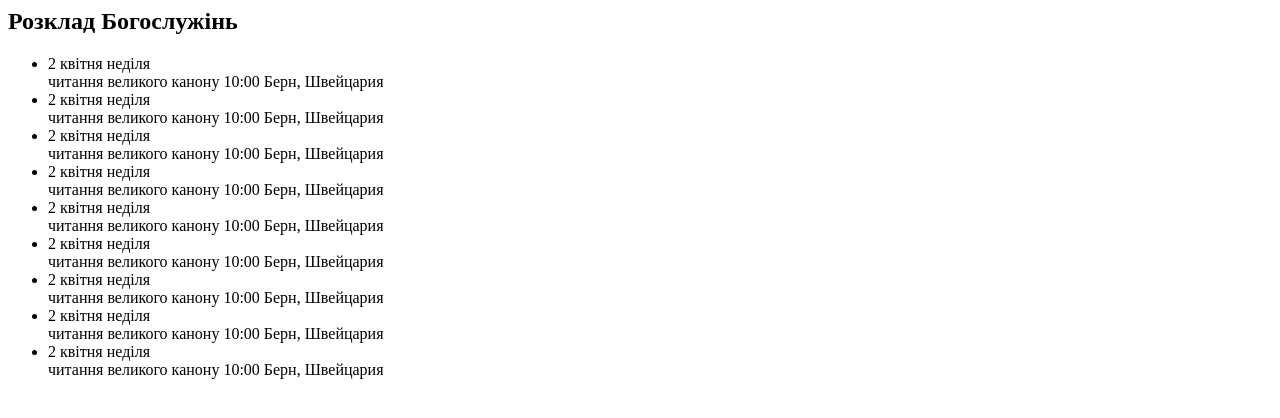
Repository: Gray-01/upcV5
Page: http://localhost/template-parts/schedule.php
The author's editor kept a copy of each file at every save. The page is drawn from the files as they stood at one save, then again after the next save.
The browser window is 1280 px wide. The pictures show the whole page.
The page is run by PHP 8.4 with error messages shown; the project is at /var/www/html/.

Above is the page before, as saved 2025-10-09 00:07:23.

### template-parts/schedule.php
<section class="schedule">
  <div class="container">
    <div class="schedule__wraper">
      <h2 class="schedule__title">Розклад Богослужінь</h2>

    <?php if (function_exists('the_field')): ?>
      <h2 class="schedule__title">
        <?php the_field('schedule_title'); ?>
      </h2>
    <?php endif; ?>

      <ul class="schedule__list">

        <li class="schedule__item">
          <div class="schedule__datetime">
            <time class="schedule__date">2 квітня</time>
            <time class="schedule__day">неділя</time>
          </div>
          <span class="schedule__event">читання великого канону</span>
          <span class="schedule__time">10:00</span>
          <span class="schedule__place">Берн, Швейцария</span>
        </li>
                <li class="schedule__item">
          <div class="schedule__datetime">
            <time class="schedule__date">2 квітня</time>
            <time class="schedule__day">неділя</time>
          </div>
          <span class="schedule__event">читання великого канону</span>
          <span class="schedule__time">10:00</span>
          <span class="schedule__place">Берн, Швейцария</span>
        </li>
                <li class="schedule__item">
          <div class="schedule__datetime">
            <time class="schedule__date">2 квітня</time>
            <time class="schedule__day">неділя</time>
          </div>
          <span class="schedule__event">читання великого канону</span>
          <span class="schedule__time">10:00</span>
          <span class="schedule__place">Берн, Швейцария</span>
        </li>
                <li class="schedule__item">
          <div class="schedule__datetime">
            <time class="schedule__date">2 квітня</time>
            <time class="schedule__day">неділя</time>
          </div>
          <span class="schedule__event">читання великого канону</span>
          <span class="schedule__time">10:00</span>
          <span class="schedule__place">Берн, Швейцария</span>
        </li>
                <li class="schedule__item">
          <div class="schedule__datetime">
            <time class="schedule__date">2 квітня</time>
            <time class="schedule__day">неділя</time>
          </div>
          <span class="schedule__event">читання великого канону</span>
          <span class="schedule__time">10:00</span>
          <span class="schedule__place">Берн, Швейцария</span>
        </li>
                <li class="schedule__item">
          <div class="schedule__datetime">
            <time class="schedule__date">2 квітня</time>
            <time class="schedule__day">неділя</time>
          </div>
          <span class="schedule__event">читання великого канону</span>
          <span class="schedule__time">10:00</span>
          <span class="schedule__place">Берн, Швейцария</span>
        </li>
                <li class="schedule__item">
          <div class="schedule__datetime">
            <time class="schedule__date">2 квітня</time>
            <time class="schedule__day">неділя</time>
          </div>
          <span class="schedule__event">читання великого канону</span>
          <span class="schedule__time">10:00</span>
          <span class="schedule__place">Берн, Швейцария</span>
        </li>
                <li class="schedule__item">
          <div class="schedule__datetime">
            <time class="schedule__date">2 квітня</time>
            <time class="schedule__day">неділя</time>
          </div>
          <span class="schedule__event">читання великого канону</span>
          <span class="schedule__time">10:00</span>
          <span class="schedule__place">Берн, Швейцария</span>
        </li>
                <li class="schedule__item">
          <div class="schedule__datetime">
            <time class="schedule__date">2 квітня</time>
            <time class="schedule__day">неділя</time>
          </div>
          <span class="schedule__event">читання великого канону</span>
          <span class="schedule__time">10:00</span>
          <span class="schedule__place">Берн, Швейцария</span>
        </li>

        <!-- Повторяем элементы по аналогии -->

      </ul>
    </div>
  </div>
</section>

After the next save:
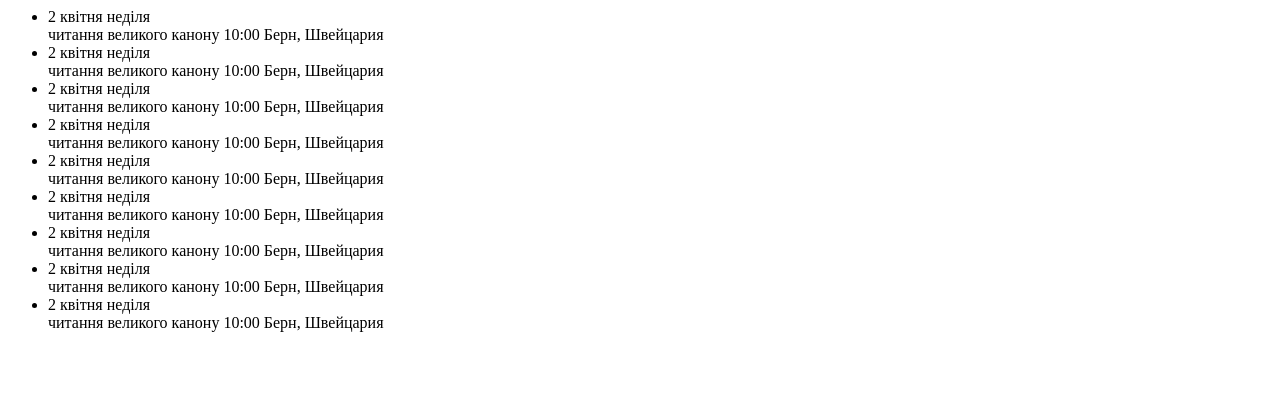
Saved 4 min 52 s later.
--- a/template-parts/schedule.php
+++ b/template-parts/schedule.php
@@ -1,7 +1,7 @@
 <section class="schedule">
   <div class="container">
     <div class="schedule__wraper">
-      <h2 class="schedule__title">Розклад Богослужінь</h2>
+      <!-- <h2 class="schedule__title">Розклад Богослужінь</h2> -->
 
     <?php if (function_exists('the_field')): ?>
       <h2 class="schedule__title">
